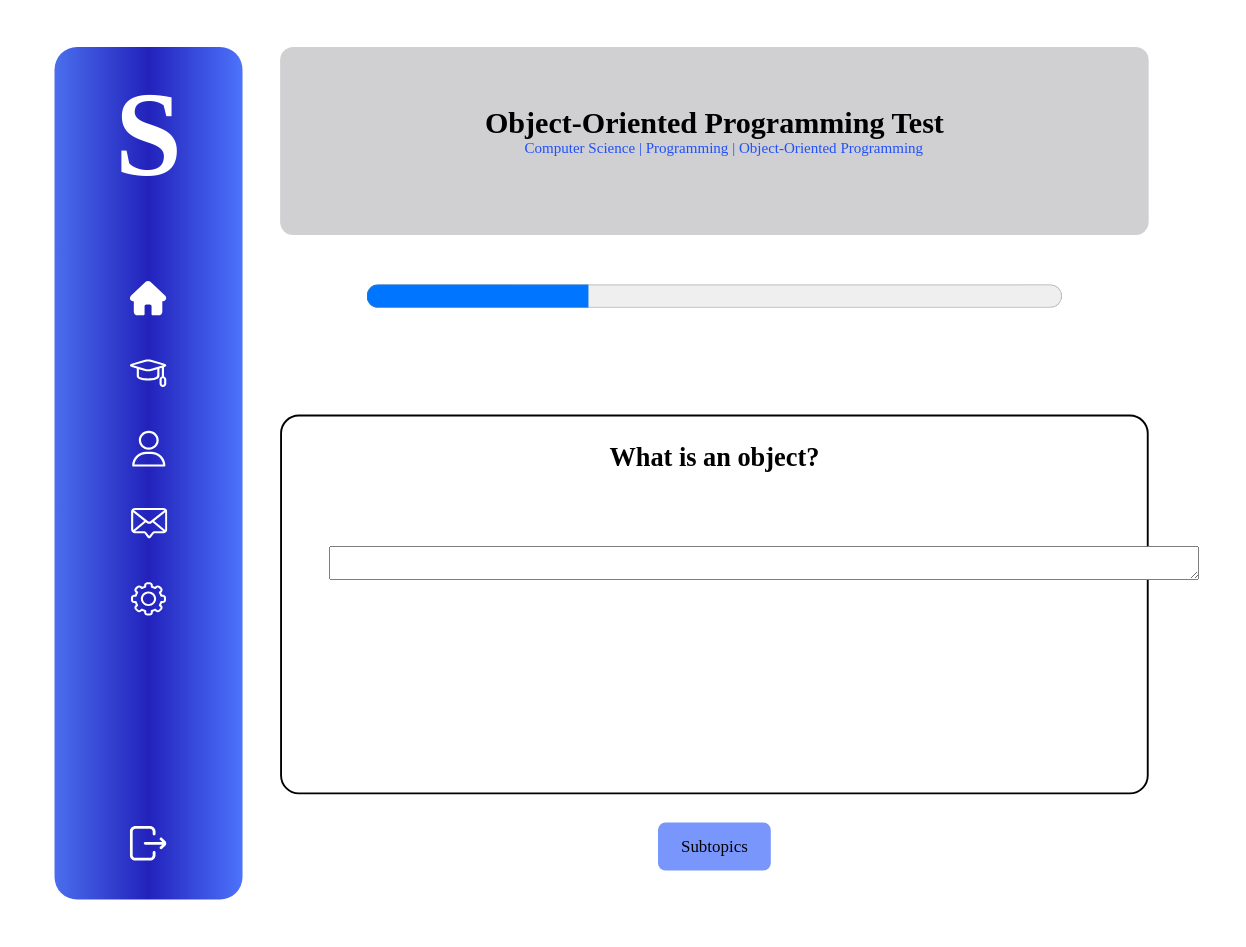
Repository: rafalzacher1/smartify-interface
Page: test.html
These files come from the project's save history. The page is drawn as it stood at one moment and after the next save; the edit follows.
The browser window is 1280 px wide. The page is 1326 px wide, then 1322 px, so the pictures cover 1326 px, including what lies to the right of the window. The pictures show the whole page, at 94% of full size.
Some web fonts or font styles are not loaded; a fallback is used.

Above is the page before, as saved 2022-06-30 19:32:46.

After the next save:
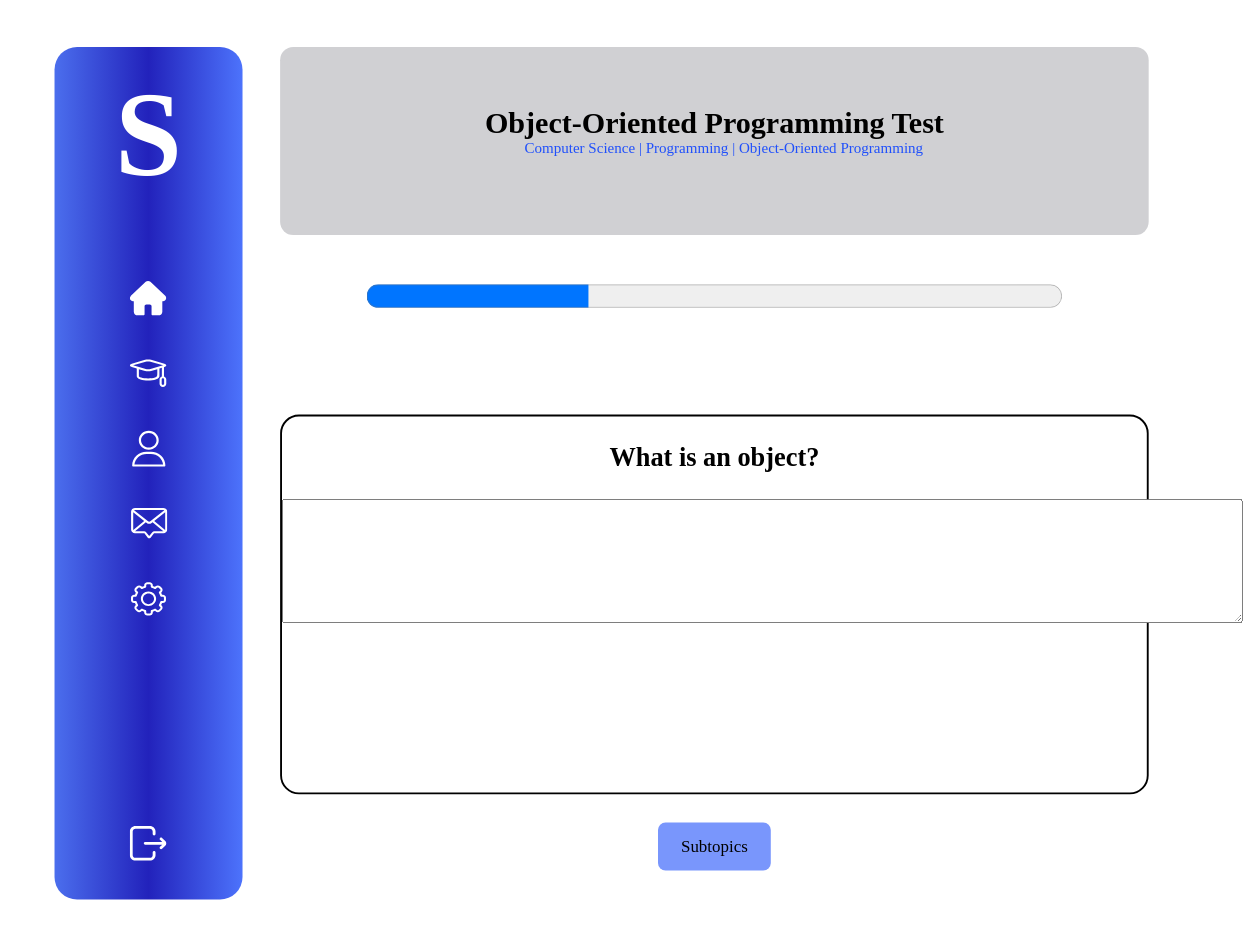
Saved 7 s later.
--- a/styles/question.css
+++ b/styles/question.css
@@ -59,6 +59,6 @@ input[type="reset"] {
 }
 
 #question textarea {
-    margin: 50px;
+    padding: 50px;
     width: 100%;
 }
